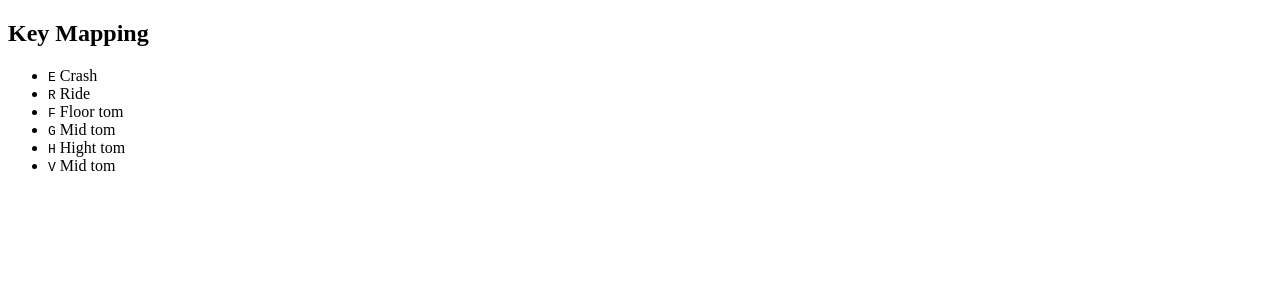
Repository: anhtran123-max/Project_FrontEnd_For_Beginner
Page: musicDrum/index.html
The author's editor kept a copy of each file at every save. The page is drawn from the files as they stood at one save, then again after the next save.
The browser window is 1280 px wide. The pictures show the whole page.

Above is the page before, as saved 2022-01-21 08:06:55.

### musicDrum/index.html
<!DOCTYPE html>
<html lang="en">
<head>
    <meta charset="UTF-8">
    <meta http-equiv="X-UA-Compatible" content="IE=edge">
    <meta name="viewport" content="width=device-width, initial-scale=1.0">
    <title>Document</title>
</head>
<body>
    <main>
        <section class="main-wrapper"> <div class="key-map-wrapper">
            <h2> Key Mapping</h2> <ul class="key-map-list">
                <li><kbd class="key-code">E</kbd>
                    <span class="key-sound">Crash</span>
                </li>
                <li><kbd class="key-code">R</kbd>
                    <span class="key-sound">Ride</span>
                </li>
                <li><kbd class="key-code">F</kbd>
                    <span class="key-sound">Floor tom</span>
                </li>
                <li><kbd class="key-code">G</kbd>
                    <span class="key-sound">Mid tom</span>
                </li>
                <li><kbd class="key-code">H</kbd>
                    <span class="key-sound">Hight tom</span>
                </li>
                <li><kbd class="key-code">V</kbd>
                    <span class="key-sound">Mid tom</span>
                </li>
            </ul>
        </section>
    </main>
</body>
</html>

After the next save:
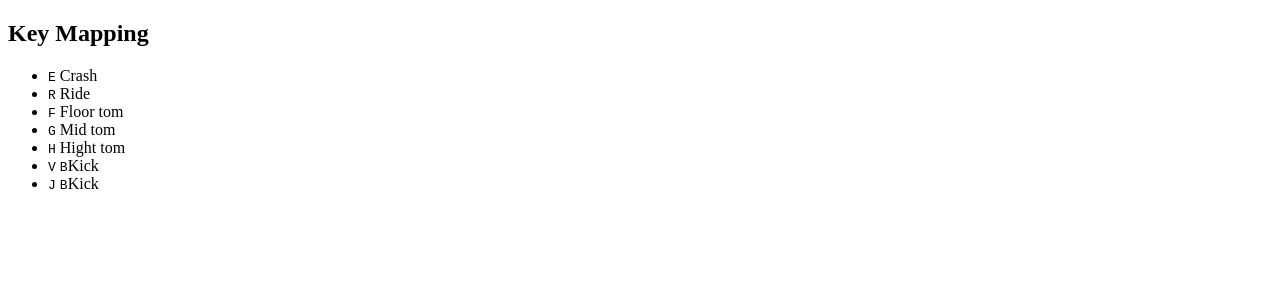
Saved 116 s later.
--- a/musicDrum/index.html
+++ b/musicDrum/index.html
@@ -26,7 +26,10 @@
                     <span class="key-sound">Hight tom</span>
                 </li>
                 <li><kbd class="key-code">V</kbd>
-                    <span class="key-sound">Mid tom</span>
+                    <kbd class="key-code">B</kbd><span class="key-sound">Kick</span>
+                </li>
+                <li><kbd class="key-code">J</kbd>
+                    <kbd class="key-code">B</kbd><span class="key-sound">Kick</span>
                 </li>
             </ul>
         </section>
